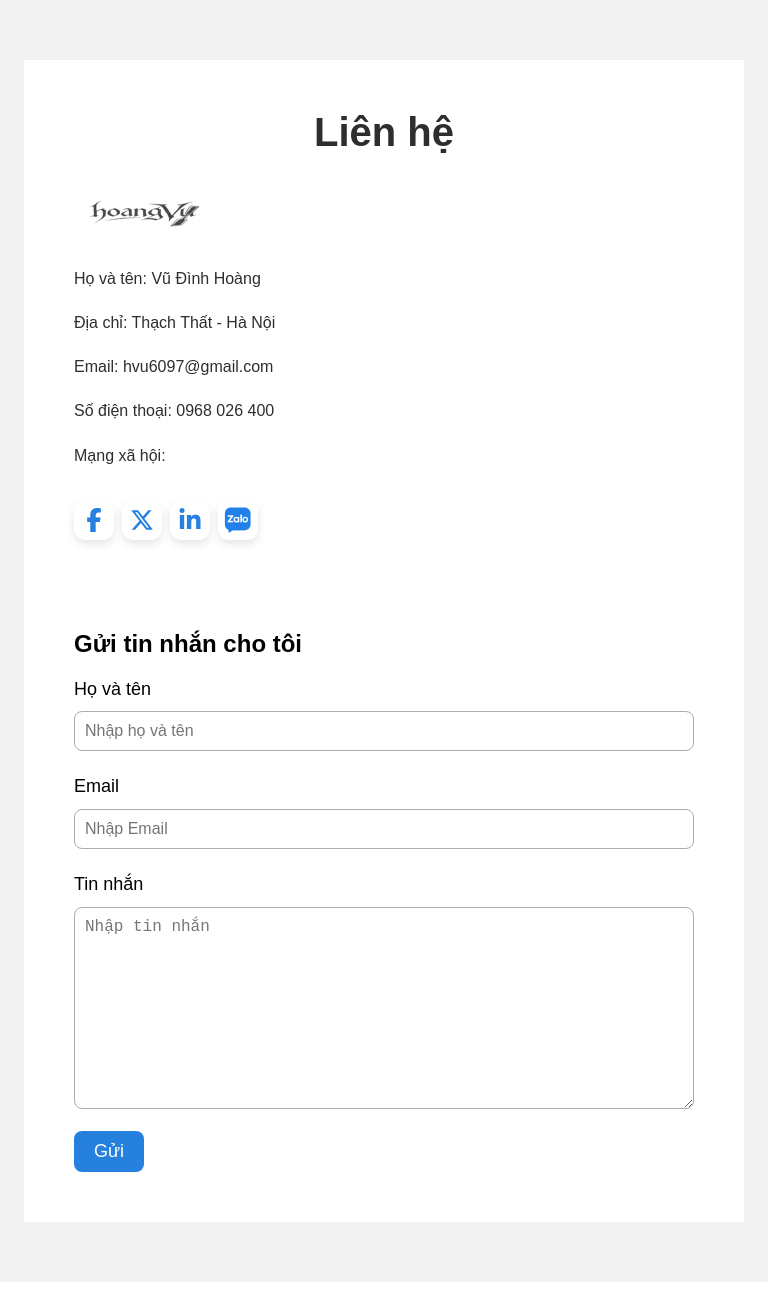
Repository: hoang28092000/portfolio
Page: pages/contact.html
An editor plug-in stored every save of this project. The page is shown before and after the next save, followed by the edit.
The browser window is 768 px wide. The pictures show the whole page.

Above is the page before, as saved 2025-04-12 01:19:39.

After the next save:
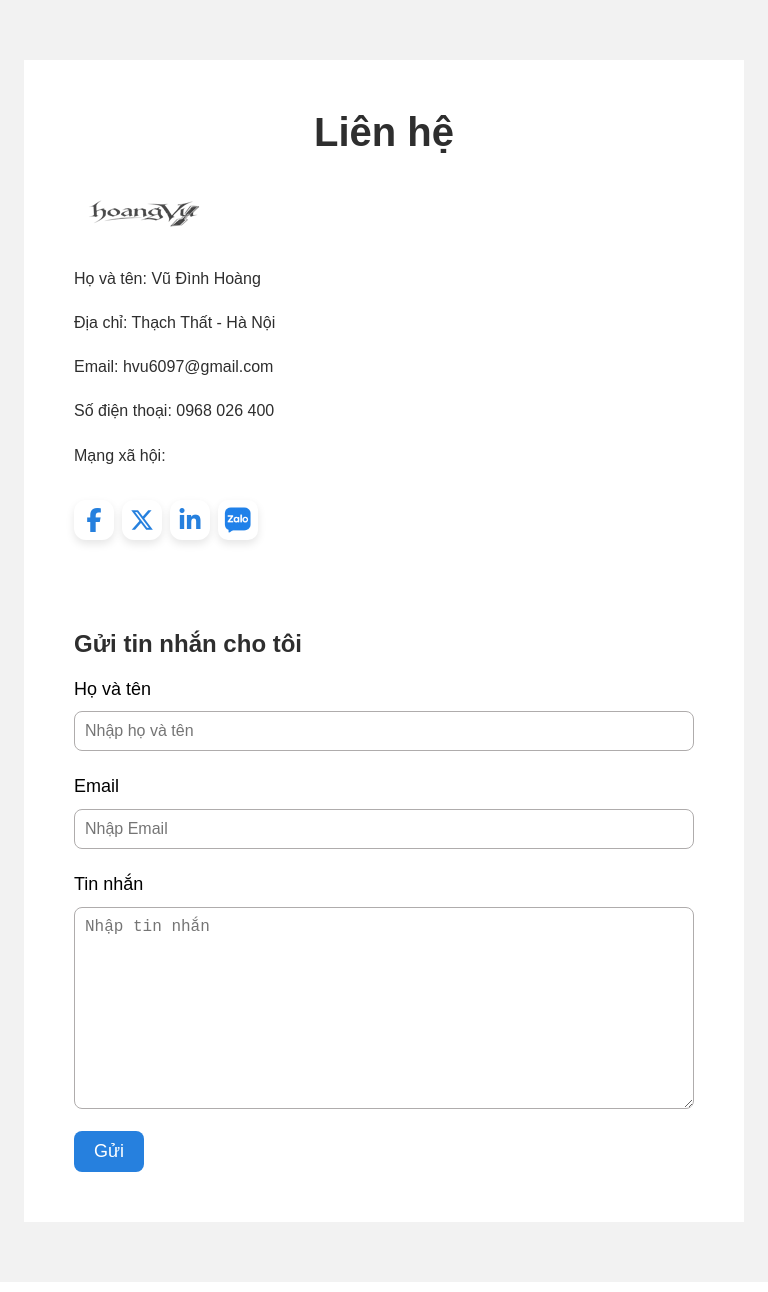
Saved 8 s later.
--- a/css/responsive-pages.css
+++ b/css/responsive-pages.css
@@ -127,6 +127,7 @@
   .title-contact-form{
     font-size: 2.4rem;
     margin-bottom: 16px;
+    color: #2e2e2e;
   }
   .contact-right{
     width: 100%;
